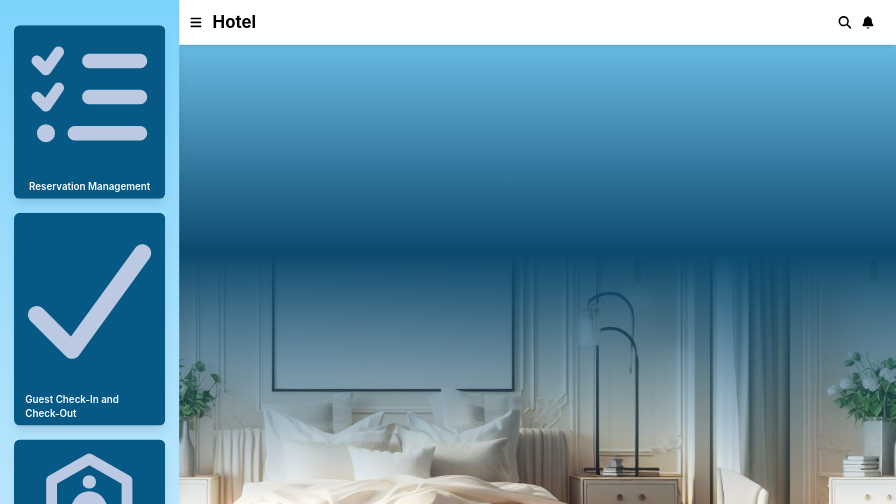
Repository: musabismael/Hotel
Page: /
These files come from the project's save history. The page is drawn as it stood at one moment and after a run of saves; the edit follows.
The browser window is 1280 px wide. The pictures show the part of the page from y = 0 to 1920 px (the page is 720 px tall before and 3172 px after), at 70% of full size.
The project was rebuilt for these pictures with package versions that can differ from the ones it lists, and the page was loaded fresh each time. Also part of the build but not shown: vite.config.js, src/App.css, src/pages/ReservationManagement.jsx, src/pages/GuestCheckInOut.jsx, src/pages/RoomManagement.jsx, src/pages/BillingPayment.jsx, src/pages/HousekeepingMaintenance.jsx, src/pages/GuestServices.jsx and 6 more.

Above is the page before, as saved 2023-10-01 19:29:08.

### index.html
<!doctype html>
<html lang="en">
  <head>
    <meta charset="UTF-8" />
    <link rel="icon" type="image/svg+xml" href="/vite.svg" />
    <meta name="viewport" content="width=device-width, initial-scale=1.0" />
    <title>Hotel</title>
  </head>
  <body>
    <div id="root"></div>
    <script type="module" src="/src/main.jsx"></script>
  </body>
</html>

### src/App.jsx
import "./App.css";
import { createBrowserRouter } from "react-router-dom";
import { RouterProvider } from "react-router";
import LandingPageLayout from "./layouts/LandingPageLayout";
import ReservationManagement from "./pages/ReservationManagement";
import GuestCheckInOut from "./pages/GuestCheckInOut";
import RoomManagement from "./pages/RoomManagement";
import BillingPayment from "./pages/BillingPayment";
import HousekeepingMaintenance from "./pages/HousekeepingMaintenance";
import GuestServices from "./pages/GuestServices";
import FrontDeskOperations from "./pages/FrontDeskOperations";
import InventoryManagement from "./pages/InventoryManagement";
import ReportingAnalytics from "./pages/ReportingAnalytics";
import SecurityAccessControl from "./pages/SecurityAccessControl";
import PointOfSale from "./pages/PointOfSale";
import CRM from "./pages/CRM"; // Import the CRM component
const router = createBrowserRouter([
  {
    path: "/",
    element: <LandingPageLayout />,
    children: [
      {
        path: "/reservation_management",
        element: <ReservationManagement />,
      },
      {
        path: "/guestCheckInOut",
        element: <GuestCheckInOut />,
      },
      {
        path: "/billing_and_payment",
        element: <BillingPayment />,
      },
      {
        path: "/room_management",
        element: <RoomManagement />,
      },
      {
        path: "/housekeeping_maintenance",
        element: <HousekeepingMaintenance />,
      },
      {
        path: "/guest_services",
        element: <GuestServices />,
      }, {
        path: "/desk_operations",
        element: <FrontDeskOperations />,
      }, {
        path: "/security_control",
        element: <SecurityAccessControl />,
      },
      {
        path: "/reporting_and_analytics",
        element: <ReportingAnalytics />,
      }, {
        path: "/inventory_management",
        element: <InventoryManagement />,
      },
      {
        path: "/pos",
        element: <PointOfSale />,
      },
      {
        path: "/crm",
        element: <CRM />,
      },
    ],
  },
]);

const App = () => <RouterProvider router={router} />;
export default App;

### src/index.css
@tailwind base;
@tailwind components;
@tailwind utilities;

:root {
  font-family: Inter, system-ui, Avenir, Helvetica, Arial, sans-serif;
  line-height: 1.5;
  font-weight: 400;
  background-image: url("cover.jpeg"), url("cover.jpeg");
  background-color:#397398;

  font-synthesis: none;
  text-rendering: optimizeLegibility;
  -webkit-font-smoothing: antialiased;
  -moz-osx-font-smoothing: grayscale;
  -webkit-text-size-adjust: 100%;
}

### src/layouts/LandingPageLayout.jsx
import { Outlet } from "react-router";
import Header from "../component/Header";
import Sidebar from "../component/Sidebar";
const LandingPageLayout = () => {
  return (
    <div className="flex bg-gradient-to-b from-sky-300 via-sky-900">
      <Sidebar />

      <div className="flex-1">
        <Header />
        <main className="p-4">
          <Outlet />
        </main>
      </div>
    </div>
  );
};

export default LandingPageLayout;

### src/component/Header.jsx
import { FontAwesomeIcon } from "@fortawesome/react-fontawesome";
import { faBars, faBell, faSearch } from "@fortawesome/free-solid-svg-icons";

function Header() {
  return (
    <header className="bg-white shadow-md p-4 flex justify-between items-center sticky top-0 w-full  ">
      <div className="flex items-center">
        <FontAwesomeIcon
          icon={faBars}
          className="text-black mr-4 text-lg color"
        />
        <h1 className="text-2xl font-bold text-black">Hotel</h1>
      </div>
      <div className="flex items-center">
        <FontAwesomeIcon icon={faSearch} className="text-black text-lg mr-4" />
        <FontAwesomeIcon icon={faBell} className="text-black text-lg mr-4" />

        {/* Add other icons or elements on the right side here */}
      </div>
    </header>
  );
}

export default Header;

### src/component/Sidebar.jsx
import Card from "./Card";
import {
  faPersonShelter,
  faListCheck,
  faCheck,
  faMoneyBill,
  faScrewdriverWrench,
  faHeadphones,
  faComputer,
  faCartFlatbed,
  faPersonMilitaryPointing,
  faChartBar,
  faKey,
  faBookmark,
} from "@fortawesome/free-solid-svg-icons";

const Sidebar = () => {
  const cardData = [
    {
      id: 1,
      title: "Reservation Management",
      description:
        "Online booking, availability calendar, and booking modification.",
      icon: faListCheck,
      link: "/reservation_management",
    },
    {
      id: 2,
      title: "Guest Check-In and Check-Out",
      description: "Guest registration, check-out, and key card issuance.",
      icon: faCheck,
      link: "/GuestCheckInOut",
    },
    {
      id: 3,
      title: "Room Management",
      description: "Room assignment, status updates, and inventory tracking.",
      icon: faPersonShelter,
      link: "/room_Management",
    },
    {
      id: 4,
      title: "Billing and Payment",
      description: "Invoicing, payment processing, and split billing.",
      icon: faMoneyBill,
      link: "/billing_and_payment",
    },
    {
      id: 5,
      title: "Housekeeping / Maintenance",
      description:
        "Housekeeping schedule, maintenance requests, and inventory management.",
      icon: faScrewdriverWrench,
      link: "/housekeeping_maintenance",
    },
    {
      id: 6,
      title: "Guest Services",
      description:
        "Concierge services, room service, wake-up calls, and laundry services.",
      icon: faHeadphones,
      link: "/guest_services",
    },
    {
      id: 7,
      title: "Front Desk Operations",
      description: "Guest inquiries, check-in/out, and guest profile access.",
      icon: faComputer,
      link: "/desk_operations",
    },
    {
      id: 8,
      title: "Inventory Management",
      description: "Managing hotel supplies and amenities.",
      icon: faCartFlatbed,
      link: "/inventory_management",
    },
    {
      id: 9,
      title: "Reporting and Analytics",
      description: "Generate reports on occupancy, revenue, and key metrics.",
      icon: faChartBar,
      link: "/reporting_and_analytics",
    },

    {
      id: 10,
      title: "Security and Access Control",
      description: "Surveillance camera integration and access control.",
      icon: faKey,
      link: "/security_control",
    },
    {
      id: 11,
      title: "Point of Sale (POS)",
      description:
        "Integration with on-site restaurants, bars, and gift shops.",
      icon: faBookmark,
      link: "/pos",
    },

    {
      id: 12,
      title: "Customer Relationship Management (CRM)",
      description: "Guest profiles, preferences, and loyalty programs.",
      icon: faPersonMilitaryPointing,
      link: "/crm",
    },

    // Add more service/feature objects here
  ];

  const handleCardClick = (id) => {
    console.log(`Card with ID ${id} clicked`);
  };
  return (
    <aside className="p-4 w-1/5 h-screen overflow-y-auto bg-gradient-to-b from-sky-300 to-sky-200 shadow-lg">
      <nav>
        {cardData.map((card) => (
          <Card
            key={card.id}
            link={card.link}
            icon={card.icon}
            title={card.title}
            onClick={() => handleCardClick(card.id)}
          />
        ))}
      </nav>
    </aside>
  );
};

export default Sidebar;

### src/component/Card.jsx
import { Link } from "react-router-dom";
import { FontAwesomeIcon } from "@fortawesome/react-fontawesome";
function Card({ link, icon, title, onClick }) {
  return (
    <div
      className="max-w-sm  mx-1 my-5 cursor-pointer shadow-lg rounded-lg overflow-hidden hover:shadow-xl transition duration-300 transform hover:scale-105"
      onClick={onClick}
    >
      <div className="bg-sky-800 rounded-lg overflow-hidden shadow-lg flex flex-col items-center justify-center">
        <Link to={link} className="text-blue-600 hover:text-blue-800">
          <FontAwesomeIcon
            icon={icon}
            size="2xs"
            className=" w-auto p-5 h-auto object-cover"
            style={{ color: "#bbc9e2" }}
          />

          <div className="px-4 py-2 items-center">
            <h3 className=" text-white text-sm  flex flex-col text-ellipsis items-center font-semibold">
              {title}
            </h3>
            {/* Add more content or description here if needed */}
          </div>
        </Link>
      </div>
    </div>
  );
}

export default Card;

### tailwind.config.js
/** @type {import('tailwindcss').Config} */
export default {
  content: [
    "./index.html",
    "./src/**/*.{js,ts,jsx,tsx}",
  ],
  theme: {
    extend: {
      fontFamily: {
        'custom': ['CustomFont', 'sans'],
      },
      textColor: {
        'custom': '#333333', // Custom text color
      },
    },
  },
  plugins: [],
}

Loaded but not shown: src/main.jsx (common file)

After the next 3 saves:
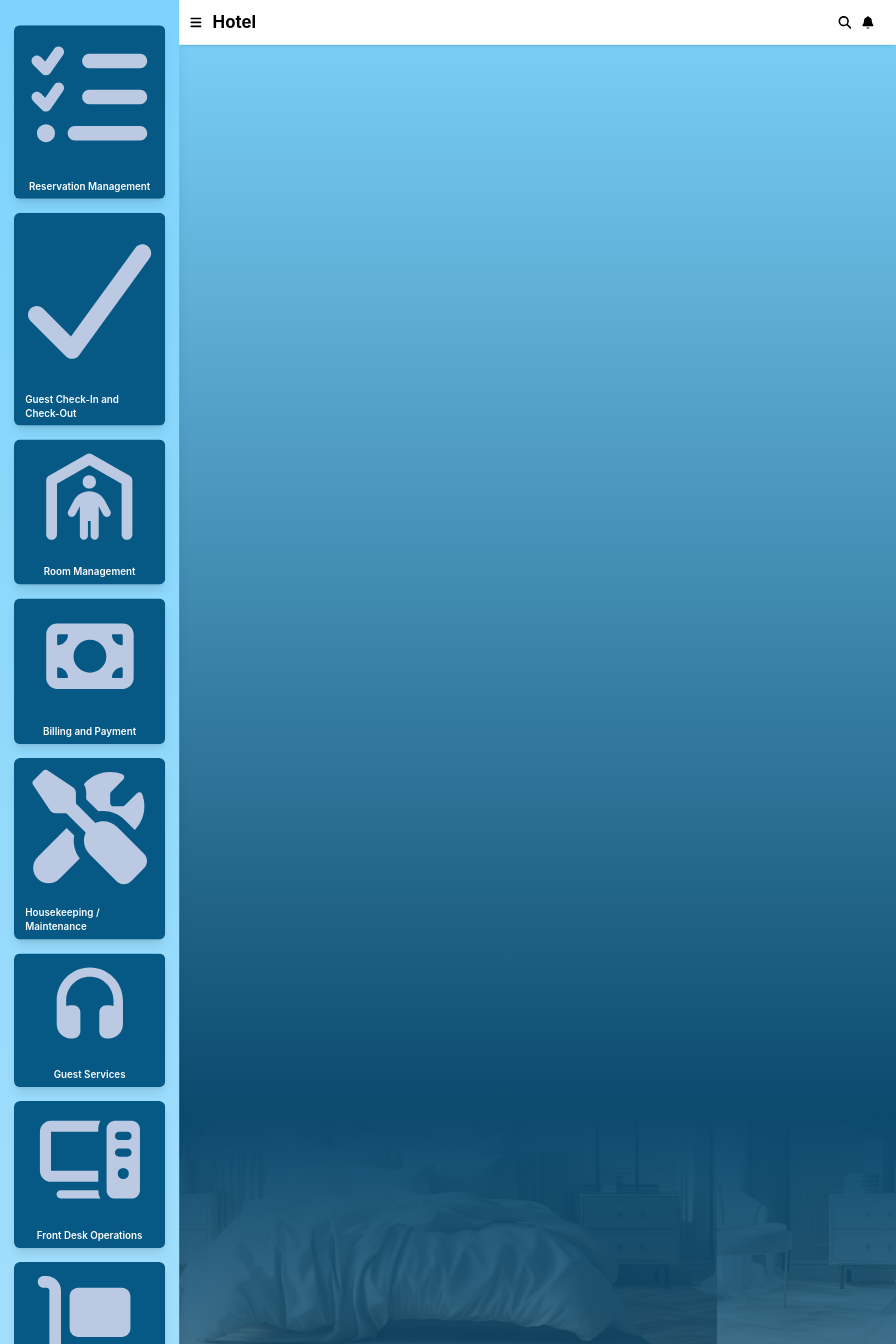
The 3 saves are shown as one change because they came seconds apart.
The last was saved 11 s later.
--- a/src/component/Sidebar.jsx
+++ b/src/component/Sidebar.jsx
@@ -114,7 +114,7 @@
     console.log(`Card with ID ${id} clicked`);
   };
   return (
-    <aside className="p-4 w-1/5 h-screen overflow-y-auto bg-gradient-to-b from-sky-300 to-sky-200 shadow-lg">
+    <aside className="p-4 w-1/5 h-m overflow-y-auto bg-gradient-to-b from-sky-300 to-sky-200 shadow-lg">
       <nav>
         {cardData.map((card) => (
           <Card

After the 2 saves that followed:
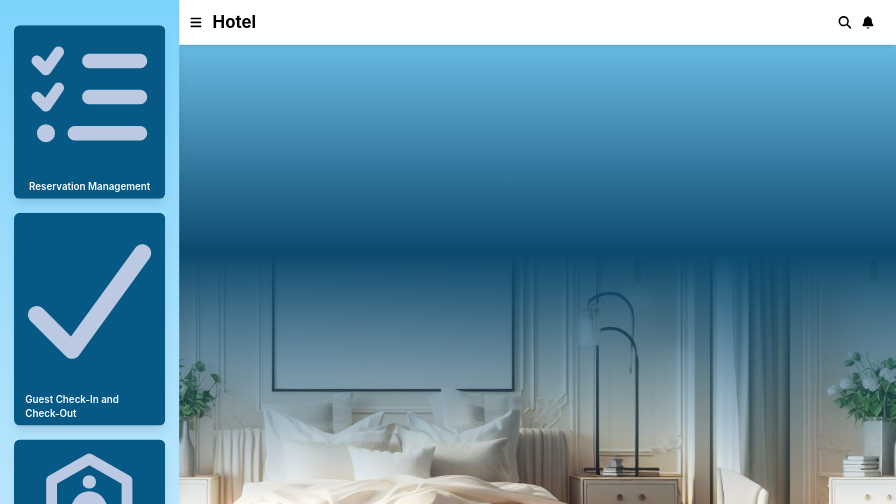
The 2 saves are shown as one change because 1 left the picture as it was.
The last was saved 12 s later.
--- a/src/component/Sidebar.jsx
+++ b/src/component/Sidebar.jsx
@@ -114,7 +114,7 @@
     console.log(`Card with ID ${id} clicked`);
   };
   return (
-    <aside className="p-4 w-1/5 h-m overflow-y-auto bg-gradient-to-b from-sky-300 to-sky-200 shadow-lg">
+    <aside className="p-4 w-1/5 h-screen overflow-y-auto bg-gradient-to-b from-sky-300 to-sky-200 shadow-lg">
       <nav>
         {cardData.map((card) => (
           <Card
